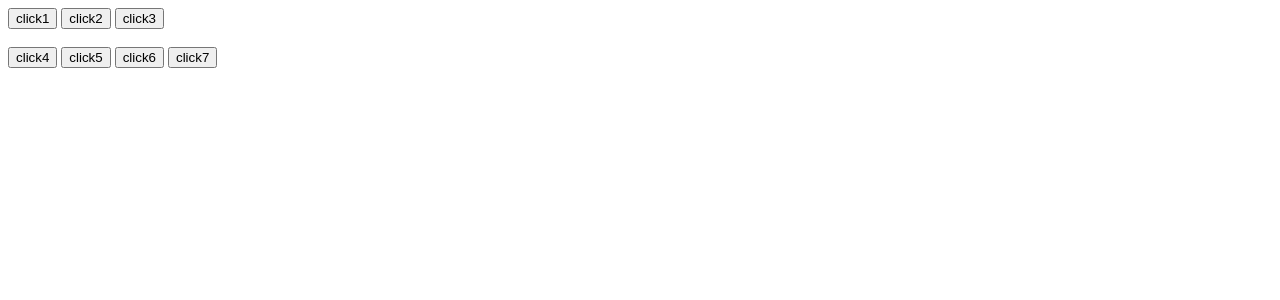
Repository: mirror-neuron/JsonStudy
Page: JsonApp01/WebContent/JsonTest11.html
These files come from the project's save history. The page is drawn as it stood at one moment and after the next save; the edit follows.
The browser window is 1280 px wide. The pictures show the whole page.

Above is the page before, as saved 2019-06-03 00:10:14.

After the next save:
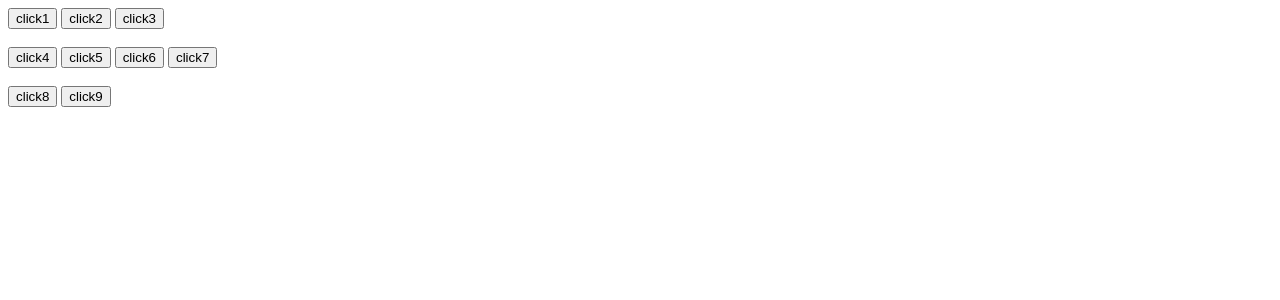
Console error (its wording comes from the project's code and is left out).
Saved 55 s later.
--- a/JsonApp01/WebContent/JsonTest11.html
+++ b/JsonApp01/WebContent/JsonTest11.html
@@ -38,6 +38,9 @@
 
 	<br><br>
 
+	<input type="button" value="click8" onclick="alert(obj7.[0][0])"/>
+	<input type="button" value="click9" onclick="alert(obj7.[1][1])" />
+
 
 
 </form>
